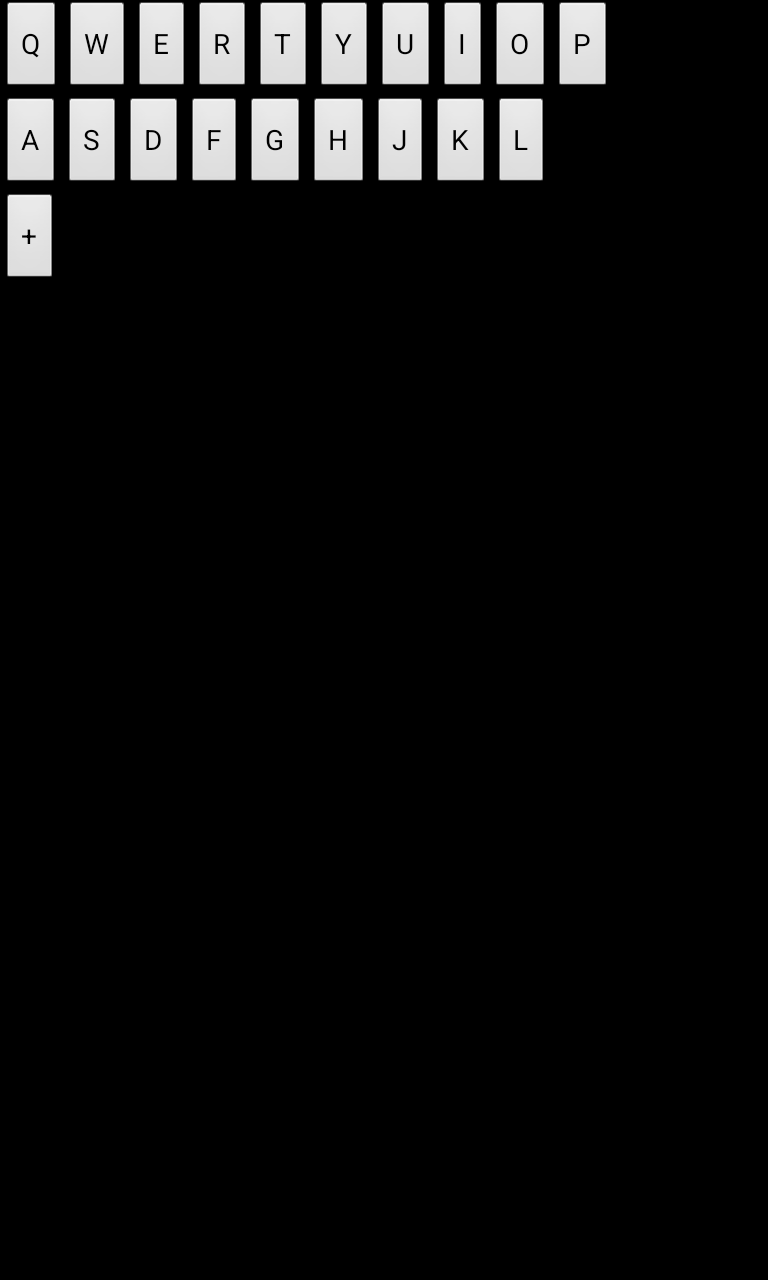
Repository: simplesns/workspace
Layout: eclipse/DEPuzzles/res/layout/ui_keypad.xml
An editor plug-in stored every save of this project. The layout is shown before and after the next save, followed by the edit.
It is drawn on a 768 x 1280 px phone screen (xhdpi) without system bars, with theme android:Theme; the app's code is not run.

Above is the layout before, as saved 2011-01-29 08:55:33.

### eclipse/DEPuzzles/res/layout/ui_keypad.xml
<?xml version="1.0" encoding="utf-8"?>
<LinearLayout xmlns:android="http://schemas.android.com/apk/res/android"
	android:layout_width="fill_parent" android:layout_height="fill_parent"
	android:orientation="vertical">
	<LinearLayout android:id="@+id/LinearLayout01"
		android:layout_width="fill_parent" android:layout_height="wrap_content">
		<Button android:layout_width="wrap_content"
			android:layout_height="wrap_content" android:text="Q" android:id="@+id/KeyPadQ"></Button>
		<Button android:layout_width="wrap_content"
			android:layout_height="wrap_content" android:text="W" android:id="@+id/KeyPadW"></Button>
		<Button android:layout_width="wrap_content"
			android:layout_height="wrap_content" android:text="E" android:id="@+id/KeyPadE"></Button>
		<Button android:layout_width="wrap_content"
			android:layout_height="wrap_content" android:text="R" android:id="@+id/KeyPadR"></Button>
		<Button android:layout_width="wrap_content"
			android:layout_height="wrap_content" android:text="T" android:id="@+id/KeyPadT"></Button>
		<Button android:layout_width="wrap_content"
			android:layout_height="wrap_content" android:text="Y" android:id="@+id/KeyPadY"></Button>
		<Button android:layout_width="wrap_content"
			android:layout_height="wrap_content" android:text="U" android:id="@+id/KeyPadU"></Button>
		<Button android:layout_width="wrap_content"
			android:layout_height="wrap_content" android:text="I" android:id="@+id/KeyPadI"></Button>
		<Button android:layout_width="wrap_content"
			android:layout_height="wrap_content" android:text="O" android:id="@+id/KeyPadO"></Button>
		<Button android:layout_width="wrap_content"
			android:layout_height="wrap_content" android:text="P" android:id="@+id/KeyPadP"></Button>
	</LinearLayout>
	<LinearLayout android:id="@+id/LinearLayout02"
		android:layout_width="wrap_content" android:layout_height="wrap_content">
		<Button android:layout_width="wrap_content"
			android:layout_height="wrap_content" android:text="A" android:id="@+id/KeyPadA"></Button>
		<Button android:layout_width="wrap_content"
			android:layout_height="wrap_content" android:text="S" android:id="@+id/KeyPadS"></Button>
		<Button android:layout_width="wrap_content"
			android:layout_height="wrap_content" android:text="D" android:id="@+id/KeyPadD"></Button>
		<Button android:layout_width="wrap_content"
			android:layout_height="wrap_content" android:text="F" android:id="@+id/KeyPadF"></Button>
		<Button android:layout_width="wrap_content"
			android:layout_height="wrap_content" android:text="G" android:id="@+id/KeyPadG"></Button>
		<Button android:layout_width="wrap_content"
			android:layout_height="wrap_content" android:text="H" android:id="@+id/KeyPadH"></Button>
		<Button android:layout_width="wrap_content"
			android:layout_height="wrap_content" android:text="J" android:id="@+id/KeyPadJ"></Button>
		<Button android:layout_width="wrap_content"
			android:layout_height="wrap_content" android:text="K" android:id="@+id/KeyPadK"></Button>
		<Button android:layout_width="wrap_content"
			android:layout_height="wrap_content" android:text="L" android:id="@+id/KeyPadL"></Button>
	</LinearLayout>
	<LinearLayout android:id="@+id/LinearLayout03"
		android:layout_width="wrap_content" android:layout_height="wrap_content">
		<Button android:text="+" android:layout_width="wrap_content"
			android:layout_height="wrap_content" android:id="@+id/KeyPadMode"></Button>
	</LinearLayout>

</LinearLayout>

After the next save:
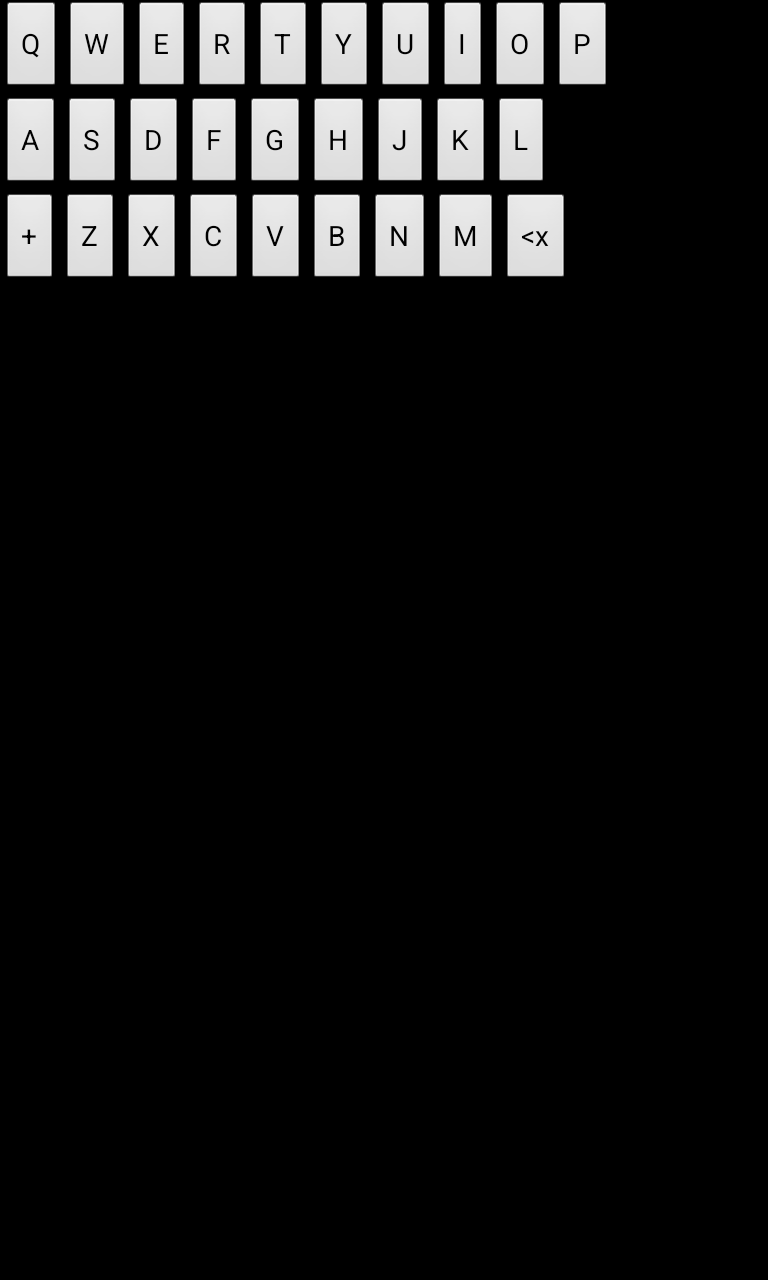
Saved 102 s later.
--- a/eclipse/DEPuzzles/res/layout/ui_keypad.xml
+++ b/eclipse/DEPuzzles/res/layout/ui_keypad.xml
@@ -50,6 +50,22 @@
 		android:layout_width="wrap_content" android:layout_height="wrap_content">
 		<Button android:text="+" android:layout_width="wrap_content"
 			android:layout_height="wrap_content" android:id="@+id/KeyPadMode"></Button>
+					<Button android:layout_width="wrap_content"
+			android:layout_height="wrap_content" android:text="Z" android:id="@+id/KeyPadZ"></Button>
+					<Button android:layout_width="wrap_content"
+			android:layout_height="wrap_content" android:text="X" android:id="@+id/KeyPadX"></Button>
+					<Button android:layout_width="wrap_content"
+			android:layout_height="wrap_content" android:text="C" android:id="@+id/KeyPadC"></Button>
+					<Button android:layout_width="wrap_content"
+			android:layout_height="wrap_content" android:text="V" android:id="@+id/KeyPadV"></Button>
+					<Button android:layout_width="wrap_content"
+			android:layout_height="wrap_content" android:text="B" android:id="@+id/KeyPadB"></Button>
+					<Button android:layout_width="wrap_content"
+			android:layout_height="wrap_content" android:text="N" android:id="@+id/KeyPadN"></Button>
+					<Button android:layout_width="wrap_content"
+			android:layout_height="wrap_content" android:text="M" android:id="@+id/KeyPadM"></Button>
+					<Button android:layout_width="wrap_content"
+			android:layout_height="wrap_content" android:text="<x" android:id="@+id/KeyPadBack"></Button>
 	</LinearLayout>
 
 </LinearLayout>
